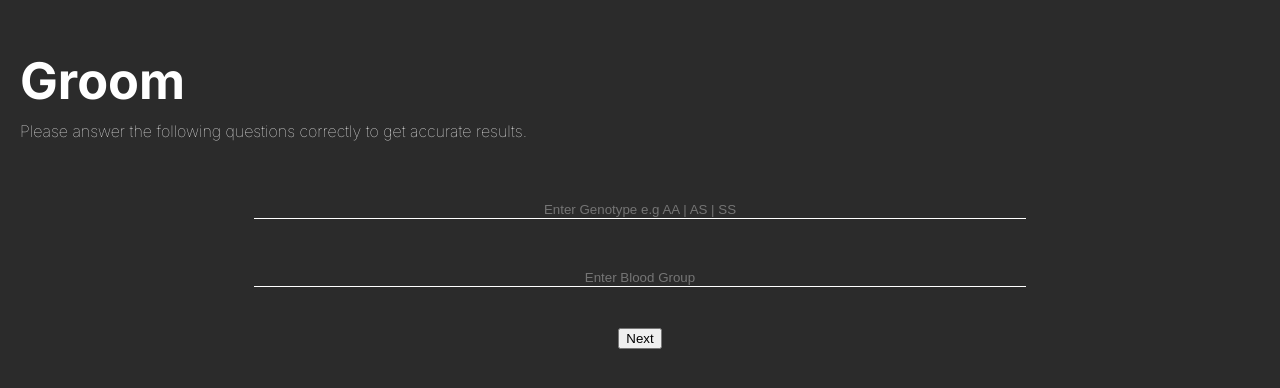
Repository: devhabeeblateef/tictactoe
Page: /groom
The author's editor kept a copy of each file at every save. The page is drawn from the files as they stood at one save, then again after a run of saves.
The browser window is 1280 px wide. The pictures show the whole page.
The project was rebuilt for these pictures with package versions that can differ from the ones it lists, and the page was loaded fresh each time. Also part of the build but not shown: src/App.css, src/Home.js.

Above is the page before, as saved 2022-06-18 02:33:13.

After the next 4 saves:
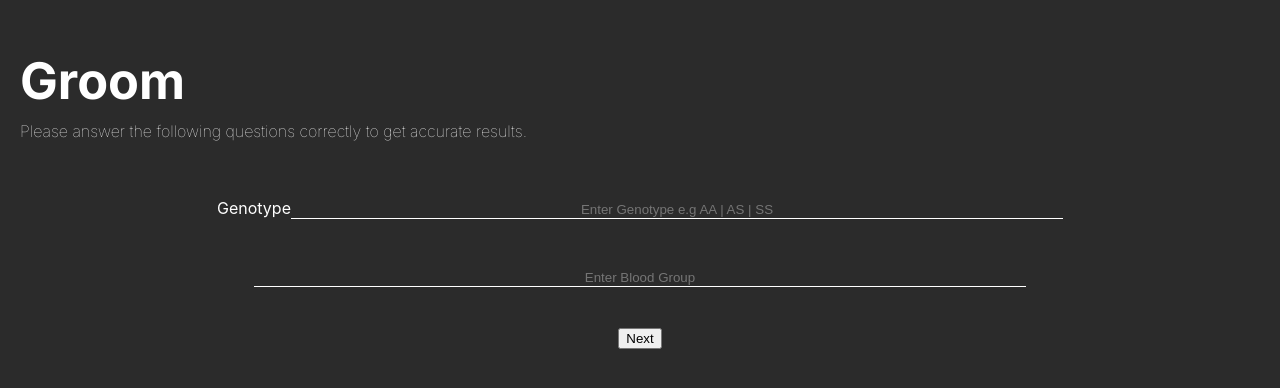
The 4 saves are shown as one change because they came seconds apart.
The last was saved 18 s later.
--- a/src/Form.js
+++ b/src/Form.js
@@ -22,6 +22,7 @@ import classes from './Home.module.css'
           </p>
           <center>
             <form>
+            <label>Genotype</label>
           <input
                 type="text"
                  placeholder='Enter Genotype e.g AA | AS | SS'
